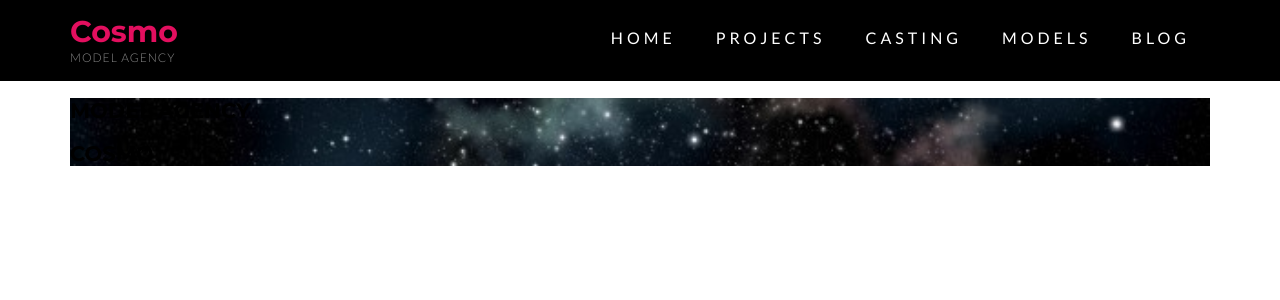
Repository: soniaarefin/cosmo
Page: index.html
An editor plug-in stored every save of this project. The page is shown before and after a run of saves, followed by the edit.
The browser window is 1280 px wide. The pictures show the whole page.

Above is the page before, as saved 2021-11-05 13:34:16.

### index.html
<!DOCTYPE html>
<html lang="en">
<head>
    <meta charset="UTF-8">
    <meta http-equiv="X-UA-Compatible" content="IE=edge">
    <meta name="description" content="&amp;lt;p&amp;gt;&amp;lt;strong&amp;gt;Cosmo&amp;lt;/strong&amp;gt; — is a clean, modern template that is suitable for &amp;l...">
    <meta name="keywords" content="HTML, CSS, JavaScript">
    <meta name="robots" content="noindex, nofollow" />
    <meta name="author" content="Sonia Arefin" >
    <meta name="viewport" content="width=device-width, initial-scale=1.0">
    <!-- <meta http-equiv="refresh" content="30" url="http://www.google.com"> -->
    <meta http-equiv = "cookie" content = "userid = xyz; expires = Wednesday, 20-Oct-21 23:59:59 GMT;" />
    <meta http-equiv = "Content-Type" content = "text/html; charset = UTF-8" />
    <title>Cosmo</title>
    <!-- CSS Links-->
    <!-- Fontawesome Links -->
    <link rel="stylesheet" href="https://cdnjs.cloudflare.com/ajax/libs/font-awesome/6.0.0-beta2/css/all.min.css">
    <!-- Google Fonts -->
    <link rel="preconnect" href="https://fonts.googleapis.com">
    <link rel="preconnect" href="https://fonts.gstatic.com" crossorigin>
    <link href="https://fonts.googleapis.com/css2?family=Lato:ital,wght@0,100;0,300;0,400;0,700;0,900;1,100;1,300&family=Montserrat:ital,wght@0,100;0,200;0,300;0,400;0,500;0,700;0,800;0,900;1,100;1,200;1,300;1,400&display=swap" rel="stylesheet">
    <!-- Custom CSS-->
    <link rel="stylesheet" href="assets/css/base.css">
    <link rel="stylesheet" href="assets/css/style.css">
    <link rel="stylesheet" href="assets/css/style2.css">
    <link rel="stylesheet" href="assets/css/responsive.css">
</head>
<body>
    <!-- PAGE HEADER -->
    <header class="header">
        <div class="container">
            <nav class="nav-bar">
                <div class="wrapper-logo">
                    <a class="logo" href="index.html">
                        <span class="logo__heading">Cosmo</span><span class="logo__subheading">Model Agency</span>
                    </a>
                </div>
                <div class="wrapper-menu">
                    <ul class="menu-bar"><a class="menu-responsive-button" href="#"></a>
                        <li class="dropdown"><a class="dropbtn" href="#">Home</a>
                            <div class="dropdown-content">
                                <a href="#">Home Link 1</a>
                                <a href="#">Home Link 2</a>
                                <a href="#">Home Link 3</a>
                            </div>
                        </li>
                        <li class="dropdown"><a class="dropbtn" href="#">Projects</a>
                            <div class="dropdown-content">
                                <a href="#">Projects Link 1</a>
                                <a href="#">Projects Link 2</a>
                                <a href="#">Projects Link 3</a>
                            </div>
                        </li>
                        <li class="dropdown"><a class="dropbtn" href="casting.html">Casting</a>
                        </li>
                        <li class="dropdown"><a class="dropbtn" href="models.html">Models</a>
                        </li>
                        <li class="dropdown"><a class="dropbtn" href="blog.html">Blog</a>
                        </li>
                    </ul>
                </div>
            </nav>
        </div>
    </header>
    <!-- PAGE HEADER -->
    <!-- PAGE MAIN -->
    <main class="page-main">
        <!-- SECTION iNTRO -->
        <section class="page-section_intro">
            <div class="container">
                <div class="row intro-img" >
                    <header class="page-section_intro_header">
                        <h1>MODEL AGENCY</h1>
                        <h1>COSMO</h1>
                    </header>
                </div>
            </div>
        </section>
        <!-- SECTION iNTRO -->
    </main>
    <!-- PAGE MAIN -->
    <!-- PAGE FOOTER -->
    <!-- PAGE FOOTER -->
    <!-- JS Links -->
    <!-- JS Links -->
    <!-- Custom JS -->
    <!-- Custom JS -->
</body>
</html>

### assets/css/base.css

/* Body and general styles */

html {
    font-size: 14px;
}
body {
    /* position: relative; */
    width: 100%;
    color: rgb(0, 0, 0);
    background-color: rgb(255, 255, 255));
    font-family: 'Lato', sans-serif;
    font-size: 100%;
    /* font-weight: 400; */
    margin: 0;
    padding: 0;
}
* {
    box-sizing: border-box;
}
h1,h2,h3,h4,h5,h6 {
    font-family: 'Montserrat', sans-serif;
    font-weight: 700;
}
/* p {
    line-height: 25px;
    margin-top: 0;
    margin-bottom: 10px;
  } */
a {
    text-decoration: none;
    background-color: transparent;
    cursor: pointer;
    transition: all 0.4s ease-in-out;
}
a:hover {
    text-decoration: none;
    color: #e30f5f;
}
a:focus, a:active {
    outline: none;
    text-decoration: none;
    color: #e30f5f;
}
ul {
    list-style-type: none;
    margin: 0;
    padding: 0;
    overflow: hidden;
}
li {
    float: left;
}

### assets/css/style.css
.header {
    background-color: black;
    /* z-index: 300; */
}
.container {
    width: 1120px;
    margin-right: auto;
    margin-left: auto;
    padding-left: 20px;
    padding-right: 20px;
}
.nav-bar {
    display: flex;
    justify-content: space-between;
    /* -webkit-box-pack: justify;  */
}
/* logo */
.wrapper-logo {
    display: inline-block;
    padding: 17px 0px;
}
.logo__heading {
    display: block;
    font-family: 'Montserrat', sans-serif;
    font-size: 30px;
    line-height: 1;
    font-weight: 700;
    color: #e30f5f;
    margin-bottom: 5px;
}
.logo__subheading {
    display: block;
    font-size: 12px;
    line-height: 1;
    letter-spacing: 1px;
    font-weight: 300;
    text-transform: uppercase;
    color: #888;
}

/* Navigation Bar */

li a, .dropbtn {
    position: relative;
    display: inline-block;
    color: white;
    text-align: center;
    /* padding: 14px 16px; */
    text-decoration: none;
    padding: 28px 0px;
    margin: 0px 20px;
    font-size: 18px;
    font-family: 'Lato', sans-serif;
    letter-spacing: 1px;
    font-weight: 400;
    /* text-transform: uppercase; */
    overflow: hidden;
}
li.dropdown {
    display: inline-block;
}
.dropdown-content {
    display: none;
    position: absolute;
    background-color: #331a24;
    /* min-width: 160px; */
    box-shadow: 0px 8px 16px 0px rgba(0,0,0,0.2);
    z-index: 1;
    border-bottom: 3px solid #e30f5f;
}
.dropdown-content a {
    display: block;
    min-width: 160px;
    /* background: #e30f5f; */
    /* position: absolute; */
    top: 100%;
    left: 0;
    z-index: 100;
    padding: 20px 15px;
    -webkit-transition: all 0.4s ease-in-out;
    transition: all 0.4s ease-in-out;
    /* opacity: 0; */
    /* visibility: hidden; */
    -webkit-transform: translateY(5px);
    -ms-transform: translateY(5px);
    transform: translateY(5px);
}
.dropdown-content a:hover {
    margin: 0;
    padding: 18px 15px;
    background-color: #e30f5f;
    opacity: 1;
    color: white;
    /* visibility: visible; */
}
.dropdown:hover .dropdown-content {
    display: block;
}

/* link Menu Hover */

.dropbtn:before {
    content: '';
    position: absolute;
    left: 0;
    bottom: 25px;
    display: block;
    width: 100%;
    height: 1px;
    background: #e30f5f;
    -webkit-transform: translateX(-100%);
    -ms-transform: translateX(-100%);
    transform: translateX(-100%);
    -webkit-transition: all 0.4s ease-in-out;
    transition: all 0.4s ease-in-out;
    opacity: 0;
}
.dropbtn:hover:before {
    -webkit-transform: translateX(0);
    -ms-transform: translateX(0);
    transform: translateX(0);
    opacity: 1;
}

/* Section Intro */

.intro-img {
    background-image: url(../images/galaxy.jpg);
    background-size: cover;
    background-repeat: no-repeat;
    background-position: 50%;
}

### assets/css/style2.css
.header {
    background-color: black;
    /* z-index: 300; */
}
.container {
    width: 1180px;
    margin-right: auto;
    margin-left: auto;
    padding-left: 20px;
    padding-right: 20px;
}
.nav-bar {
    display: flex;
    justify-content: space-between;
    /* -webkit-box-pack: justify;  */
}
/* logo */
.wrapper-logo {
    display: inline-block;
    padding: 17px 0px;
}
.logo__heading {
    display: block;
    font-family: 'Montserrat', sans-serif;
    font-size: 30px;
    line-height: 1;
    font-weight: 700;
    color: #e30f5f;
    margin-bottom: 5px;
}
.logo__subheading {
    display: block;
    font-size: 12px;
    line-height: 1;
    letter-spacing: 1px;
    font-weight: 300;
    text-transform: uppercase;
    color: #888;
}


/*  */

/* li a, .dropbtn {
    display: inline-block;
    color: white;
    text-align: center;
    padding: 14px 16px;
    text-decoration: none;
  } */
  li a, .dropbtn {
    /* position: relative; */
    display: inline-block;
    color: white;
    text-align: center;
    /* padding: 14px 16px; */
    text-decoration: none;
    padding: 28px 0px;
    margin: 0px 20px;
    font-size: 16px;
    font-family: 'Lato', sans-serif;
    letter-spacing: 0.28571rem;
    font-weight: 400;
    text-transform: uppercase;
    /* overflow: hidden; */
  }

  /* li a:hover, .dropdown:hover .dropbtn {
    color: #e30f5f;
  } */
  li.dropdown {
    display: inline-block;
  }
  .dropdown-content {
    display: none;
    position: absolute;
    background-color: #331a24;
    /* min-width: 160px; */
    box-shadow: 0px 8px 16px 0px rgba(0,0,0,0.2);
    z-index: 1;
    border-bottom: 3px solid #e30f5f;
  }
  /* .dropdown:hover, .dropdown-content {
    background-color: aqua;
} */
  /* .dropdown-content a {
    color: rgb(255, 255, 255);
    padding: 12px 16px;
    text-decoration: none;
    display: block;
    text-align: left;
  } */

  .dropdown-content a {
    display: block;
    min-width: 210px;

    /* background: #e30f5f; */
    /* position: absolute; */
    top: 100%;
    left: 0;
    z-index: 100;
    padding: 20px 15px;
    -webkit-transition: all 0.4s ease-in-out;
    transition: all 0.4s ease-in-out;
    /* opacity: 0; */
    /* visibility: hidden; */
    -webkit-transform: translateY(5px);
    -ms-transform: translateY(5px);
    transform: translateY(5px);
}
  .dropdown-content a:hover {
    margin: 0;
    padding: 18px 15px;
    background-color: #e30f5f;
    opacity: 1;
    color: white;
    /* visibility: visible; */
}


  .dropdown:hover .dropdown-content {
    display: block;
  }

### assets/css/responsive.css
/* Custom, iPhone Retina */
@media only screen and (max-width: 320px) {
  /**/
}

/*==========  Mobile First Method  ==========*/
/* Custom, iPhone Retina */
@media only screen and (min-width: 320px) {
  /**/
}

/* Extra Small Devices, Phones */
@media only screen and (min-width: 480px) {
  /**/
}

/* Small Devices, Tablets */
@media only screen and (min-width: 768px) {
  /**/
}

/* Medium Devices, Desktops */
@media only screen and (min-width: 992px) {
  /**/
}

/* Large Devices, Wide Screens */
@media only screen and (min-width: 1200px) {
  /**/
}

After the next 4 saves:
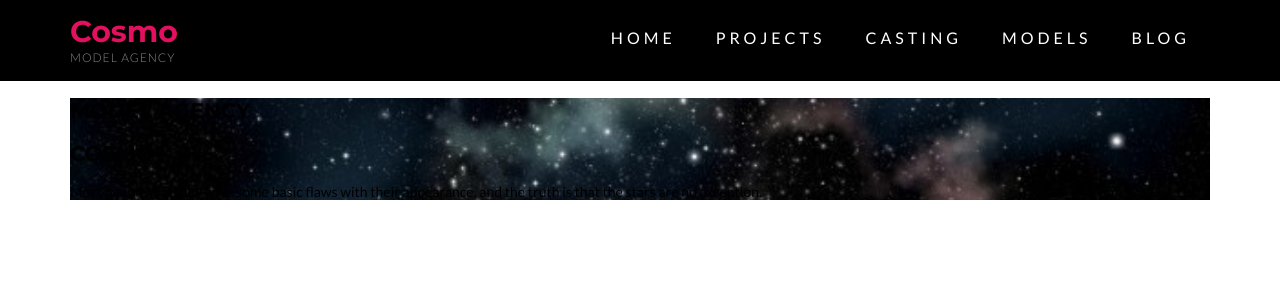
The 4 saves are shown as one change because they came seconds apart.
The last was saved 8 s later.
--- a/index.html
+++ b/index.html
@@ -73,6 +73,7 @@
                         <h1>MODEL AGENCY</h1>
                         <h1>COSMO</h1>
                     </header>
+                    <p>Most people feel they have some basic flaws with their appearance, and the truth is that the stars are no exception.</p>
                 </div>
             </div>
         </section>
